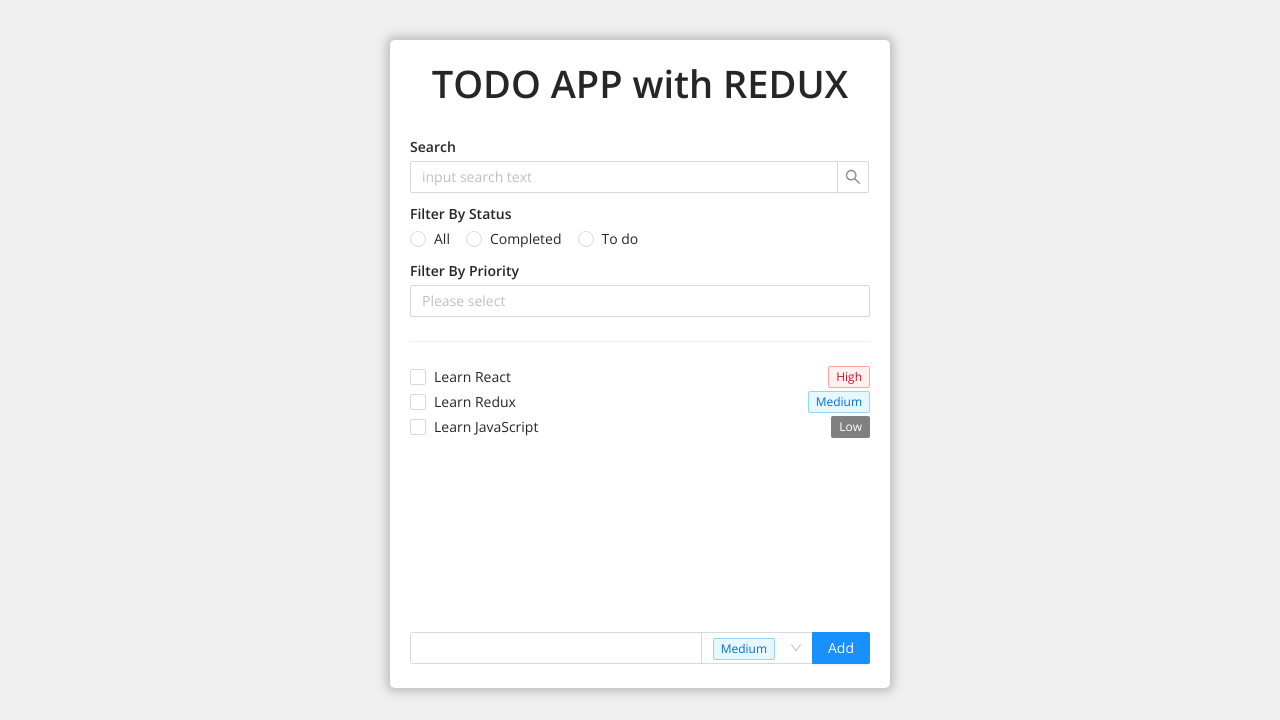
Repository: lam-letung/todo-app-redux-main
Page: /
These files come from the project's save history. The page is drawn as it stood at one moment and after the next save; the edit follows.
The browser window is 1280 px wide. The pictures show the whole page.
The project was rebuilt for these pictures with package versions that can differ from the ones it lists, and the page was loaded fresh each time.

Above is the page before, as saved 2023-07-14 17:25:06.

After the next save:
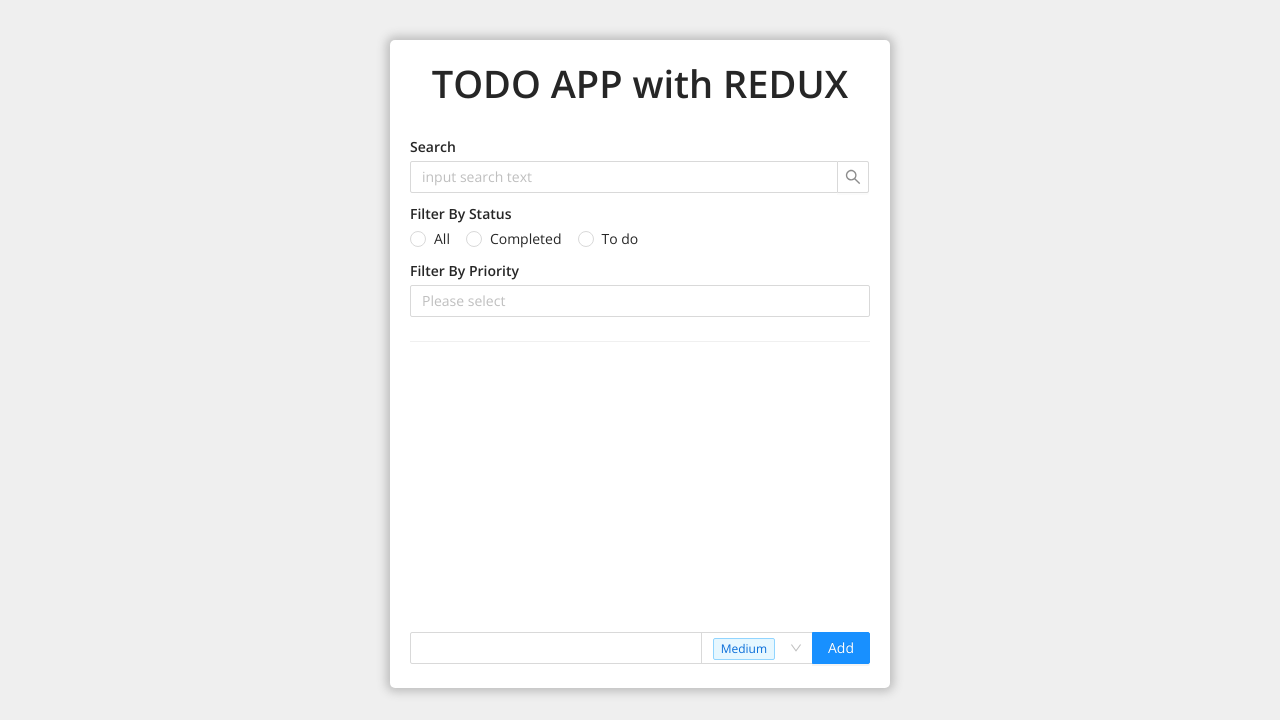
Saved 94 s later.
--- a/src/components/TodoList/index.js
+++ b/src/components/TodoList/index.js
@@ -1,6 +1,6 @@
 import { Col, Row, Input, Button, Select, Tag } from 'antd';
 import Todo from '../Todo';
-import { useDispatch } from 'react-redux';
+import { useDispatch , useSelector } from 'react-redux';
 import { addTodo } from '../../redux/actions';
 import { v4 as uuidv4 } from 'uuid';
 import { useState } from 'react';
@@ -33,9 +33,10 @@ export default function TodoList() {
   return (
     <Row style={{ height: 'calc(100% - 40px)' }}>
       <Col span={24} style={{ height: 'calc(100% - 40px)', overflowY: 'auto' }}>
-        <Todo name='Learn React' prioriry='High' />
+        {/* <Todo name='Learn React' prioriry='High' />
         <Todo name='Learn Redux' prioriry='Medium' />
-        <Todo name='Learn JavaScript' prioriry='Low' />
+        <Todo name='Learn JavaScript' prioriry='Low' /> */}
+
       </Col>
       <Col span={24}>
         <Input.Group style={{ display: 'flex' }} compact>
